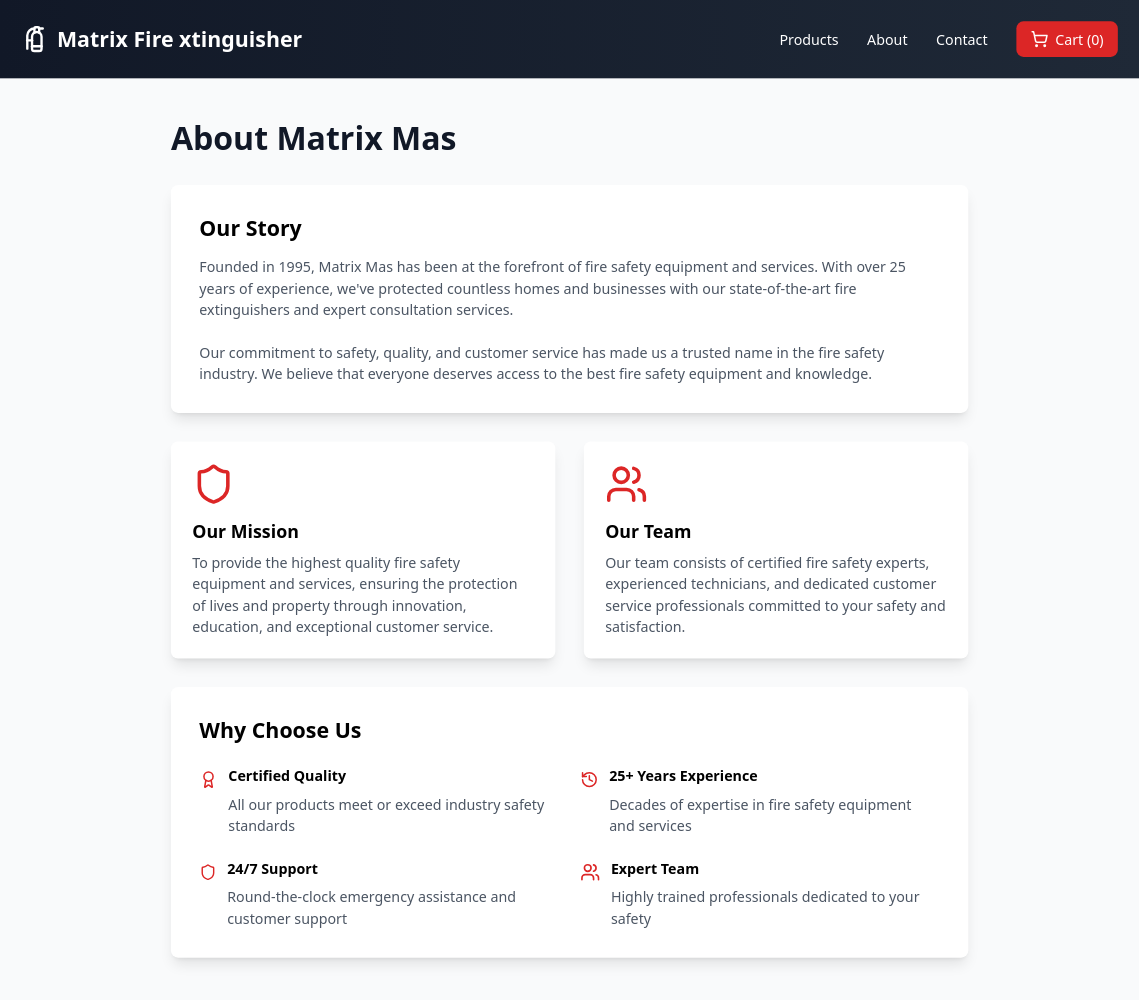
Repository: matrixmas/matrixmas.github.io
Page: /about
These files come from the project's save history. The page is drawn as it stood at one moment and after the next save; the edit follows.
The browser window is 1280 px wide. The pictures show the whole page, at 89% of full size.
The project was rebuilt for these pictures with package versions that can differ from the ones it lists, and the page was loaded fresh each time. Also part of the build but not shown: vite.config.ts, src/pages/Home.tsx, src/pages/Products.tsx, src/pages/ProductDetail.tsx, src/pages/Contact.tsx.

Above is the page before, as saved 2025-02-04 14:15:20.

### index.html
<!doctype html>
<html lang="en">
  <head>
    <meta charset="UTF-8" />
    <link rel="icon" type="image/svg+xml" href="https://lh3.googleusercontent.com/p/AF1QipM-pbCOOYy8ig0e4ZRWo3jsaPoACABTA6DNYww9=s1360-w1360-h1020" />
    <meta name="viewport" content="width=device-width, initial-scale=1.0" />
    <title>Matrix Fire Extinguisher</title>
  </head>
  <body>
    <div id="root"></div>
    <script type="module" src="/src/main.tsx"></script>
  </body>
</html>

### src/App.tsx
import React from 'react';
import { BrowserRouter as Router, Routes, Route } from 'react-router-dom';
import Home from './pages/Home';
import Products from './pages/Products';
import ProductDetail from './pages/ProductDetail';
import About from './pages/About';
import Contact from './pages/Contact';

function App() {
  return (
    <Router>
      <Routes>
        <Route path="/" element={<Home />} />
        <Route path="/products" element={<Products />} />
        <Route path="/products/:id" element={<ProductDetail />} />
        <Route path="/about" element={<About />} />
        <Route path="/contact" element={<Contact />} />
      </Routes>
    </Router>
  );
}

export default App;

### src/pages/About.tsx
import React from 'react';
import { Shield, Users, Award, History } from 'lucide-react';
import Header from '../components/Header';

export default function About() {
  return (
    <div className="min-h-screen bg-gray-50">
      <Header />
      <div className="py-12">
        <div className="container mx-auto px-6">
          <div className="max-w-4xl mx-auto">
            <h1 className="text-4xl font-bold text-gray-900 mb-8">About Matrix Mas</h1>

            <div className="bg-white rounded-lg shadow-lg p-8 mb-8">
              <h2 className="text-2xl font-bold mb-4">Our Story</h2>
              <p className="text-gray-600 mb-6">
                Founded in 1995, Matrix Mas has been at the forefront of fire safety equipment and services.
                With over 25 years of experience, we've protected countless homes and businesses with our state-of-the-art
                fire extinguishers and expert consultation services.
              </p>
              <p className="text-gray-600">
                Our commitment to safety, quality, and customer service has made us a trusted name in the fire safety industry.
                We believe that everyone deserves access to the best fire safety equipment and knowledge.
              </p>
            </div>

            <div className="grid grid-cols-1 md:grid-cols-2 gap-8 mb-8">
              <div className="bg-white rounded-lg shadow-lg p-6">
                <Shield className="h-12 w-12 text-red-600 mb-4" />
                <h3 className="text-xl font-bold mb-2">Our Mission</h3>
                <p className="text-gray-600">
                  To provide the highest quality fire safety equipment and services, ensuring the protection
                  of lives and property through innovation, education, and exceptional customer service.
                </p>
              </div>

              <div className="bg-white rounded-lg shadow-lg p-6">
                <Users className="h-12 w-12 text-red-600 mb-4" />
                <h3 className="text-xl font-bold mb-2">Our Team</h3>
                <p className="text-gray-600">
                  Our team consists of certified fire safety experts, experienced technicians, and dedicated
                  customer service professionals committed to your safety and satisfaction.
                </p>
              </div>
            </div>

            <div className="bg-white rounded-lg shadow-lg p-8">
              <h2 className="text-2xl font-bold mb-6">Why Choose Us</h2>
              <div className="grid grid-cols-1 md:grid-cols-2 gap-6">
                <div className="flex items-start">
                  <Award className="h-6 w-6 text-red-600 mr-3 mt-1" />
                  <div>
                    <h4 className="font-bold mb-2">Certified Quality</h4>
                    <p className="text-gray-600">All our products meet or exceed industry safety standards</p>
                  </div>
                </div>
                <div className="flex items-start">
                  <History className="h-6 w-6 text-red-600 mr-3 mt-1" />
                  <div>
                    <h4 className="font-bold mb-2">25+ Years Experience</h4>
                    <p className="text-gray-600">Decades of expertise in fire safety equipment and services</p>
                  </div>
                </div>
                <div className="flex items-start">
                  <Shield className="h-6 w-6 text-red-600 mr-3 mt-1" />
                  <div>
                    <h4 className="font-bold mb-2">24/7 Support</h4>
                    <p className="text-gray-600">Round-the-clock emergency assistance and customer support</p>
                  </div>
                </div>
                <div className="flex items-start">
                  <Users className="h-6 w-6 text-red-600 mr-3 mt-1" />
                  <div>
                    <h4 className="font-bold mb-2">Expert Team</h4>
                    <p className="text-gray-600">Highly trained professionals dedicated to your safety</p>
                  </div>
                </div>
              </div>
            </div>
          </div>
        </div>
      </div>
    </div>
  );
}

### src/components/Navbar.tsx
import React from 'react';
import { Link } from 'react-router-dom';
import { FireExtinguisher, ShoppingCart } from 'lucide-react';

export default function Navbar() {
  return (
    <nav className="relative z-20 container mx-auto px-6 py-6 flex items-center justify-between">
      <Link to="/" className="flex items-center space-x-2 text-white">
        <FireExtinguisher className="h-8 w-8" />
        <span className="text-2xl font-bold">Matrix Fire xtinguisher</span>
      </Link>
      <div className="flex items-center space-x-8 text-white">
        <Link to="/products" className="hover:text-red-400">Products</Link>
        <Link to="/about" className="hover:text-red-400">About</Link>
        <Link to="/contact" className="hover:text-red-400">Contact</Link>
        <button className="flex items-center space-x-2 bg-red-600 px-4 py-2 rounded-lg hover:bg-red-700">
          <ShoppingCart className="h-5 w-5" />
          <span>Cart (0)</span>
        </button>
      </div>
    </nav>
  );
}

### src/components/Header.tsx
import React from 'react';
import Navbar from './Navbar';

export default function Header() {
  return (
    <header className="bg-gradient-to-r from-gray-900 to-gray-800 text-white">
      <Navbar />
    </header>
  );
}

Loaded but not shown: src/main.tsx (common file); src/index.css (common file); tailwind.config.js (common file)

After the next save:
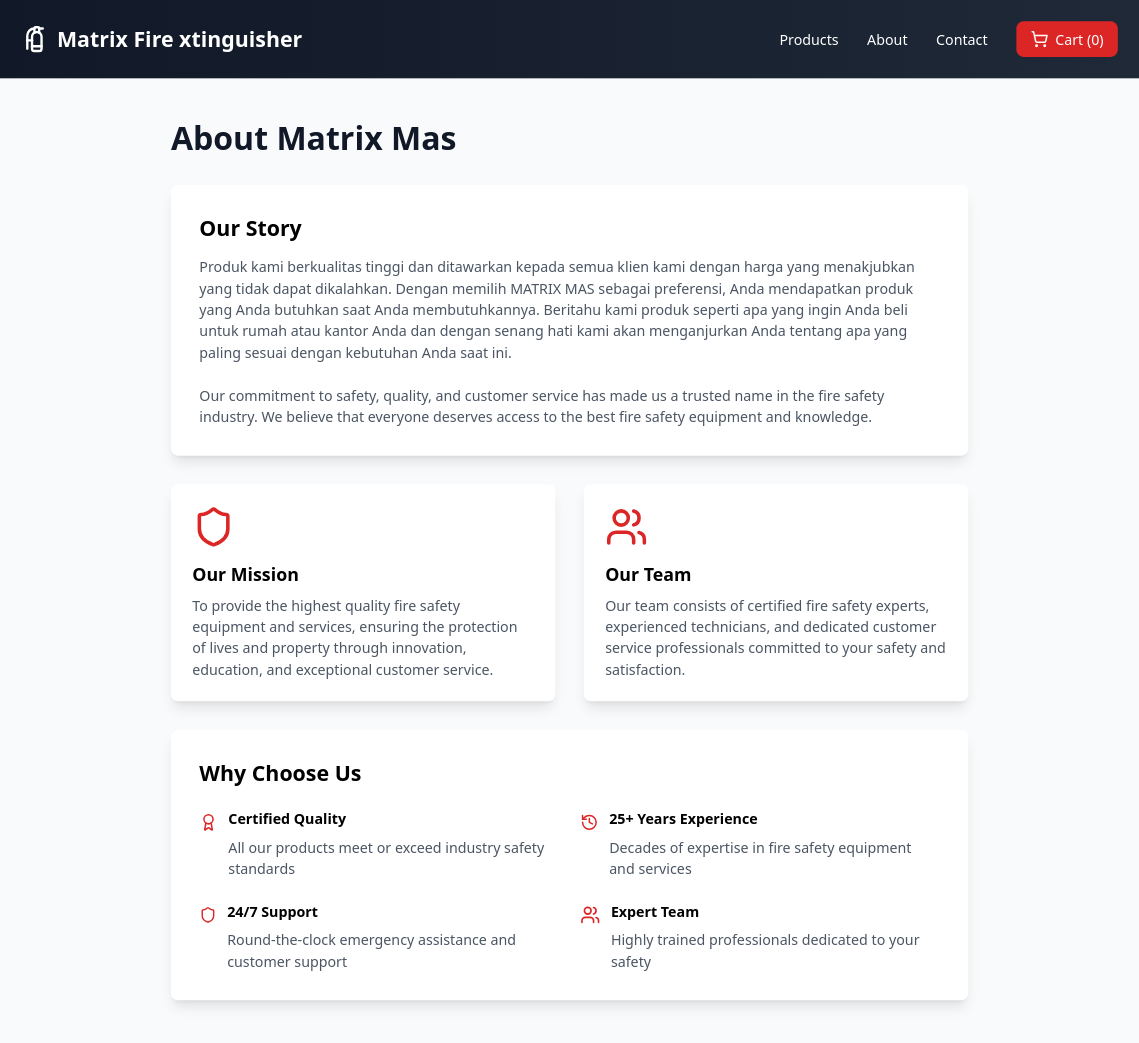
Saved 56 s later.
--- a/src/pages/About.tsx
+++ b/src/pages/About.tsx
@@ -14,9 +14,7 @@ export default function About() {
             <div className="bg-white rounded-lg shadow-lg p-8 mb-8">
               <h2 className="text-2xl font-bold mb-4">Our Story</h2>
               <p className="text-gray-600 mb-6">
-                Founded in 1995, Matrix Mas has been at the forefront of fire safety equipment and services.
-                With over 25 years of experience, we've protected countless homes and businesses with our state-of-the-art
-                fire extinguishers and expert consultation services.
+              Produk kami berkualitas tinggi dan ditawarkan kepada semua klien kami dengan harga yang menakjubkan yang tidak dapat dikalahkan. Dengan memilih MATRIX MAS sebagai preferensi, Anda mendapatkan produk yang Anda butuhkan saat Anda membutuhkannya. Beritahu kami produk seperti apa yang ingin Anda beli untuk rumah atau kantor Anda dan dengan senang hati kami akan menganjurkan Anda tentang apa yang paling sesuai dengan kebutuhan Anda saat ini.
               </p>
               <p className="text-gray-600">
                 Our commitment to safety, quality, and customer service has made us a trusted name in the fire safety industry.
